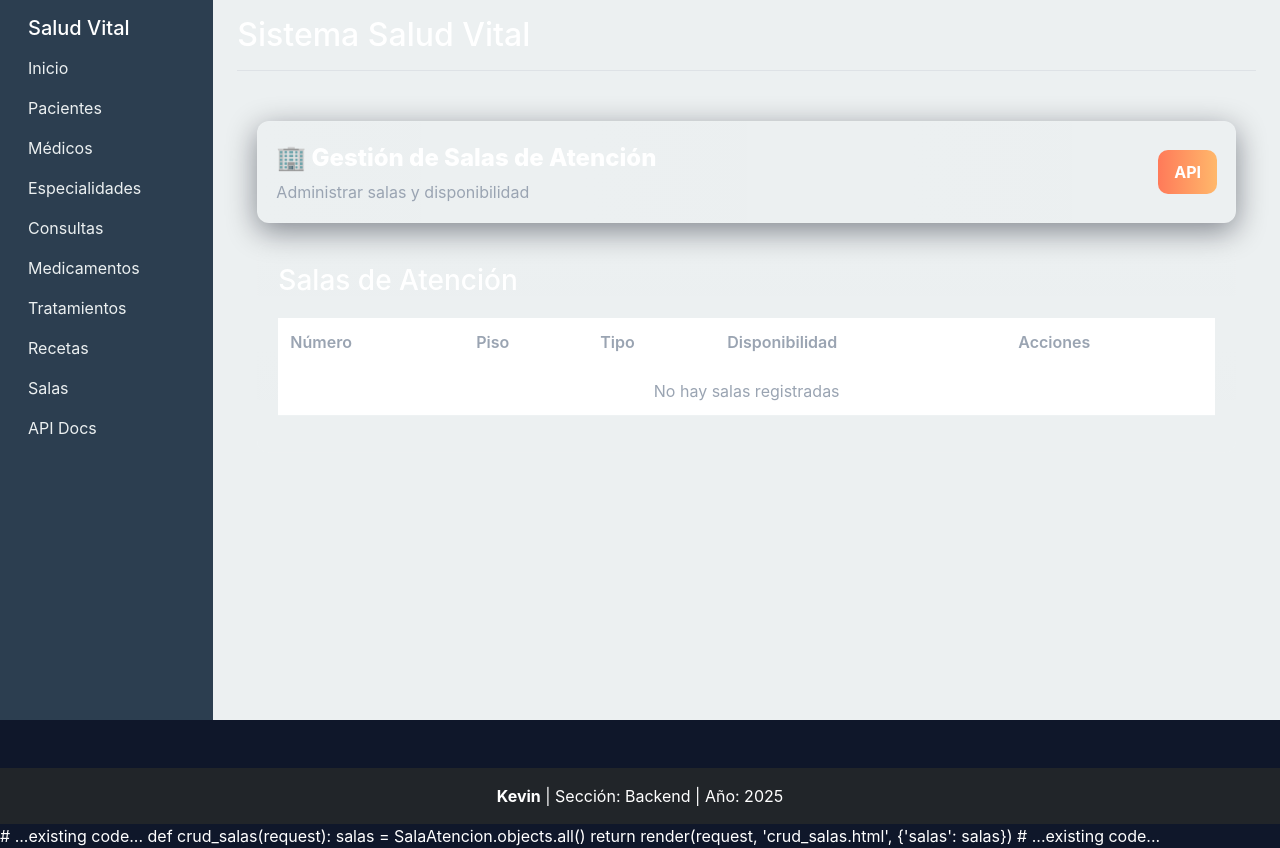
Repository: KeviNozh/eva2_clinica
Page: templates/crud_salas.html
The author's editor kept a copy of each file at every save. The page is drawn from the files as they stood at one save, then again after the next save.
The browser window is 1280 px wide. The pictures show the whole page.
The template is drawn by Django 5.2. The application's start-up code is not run. The template is opened directly, without the code that normally fills it, so the values that code supplies are empty.

Above is the page before, as saved 2025-10-14 14:56:56.

After the next save:
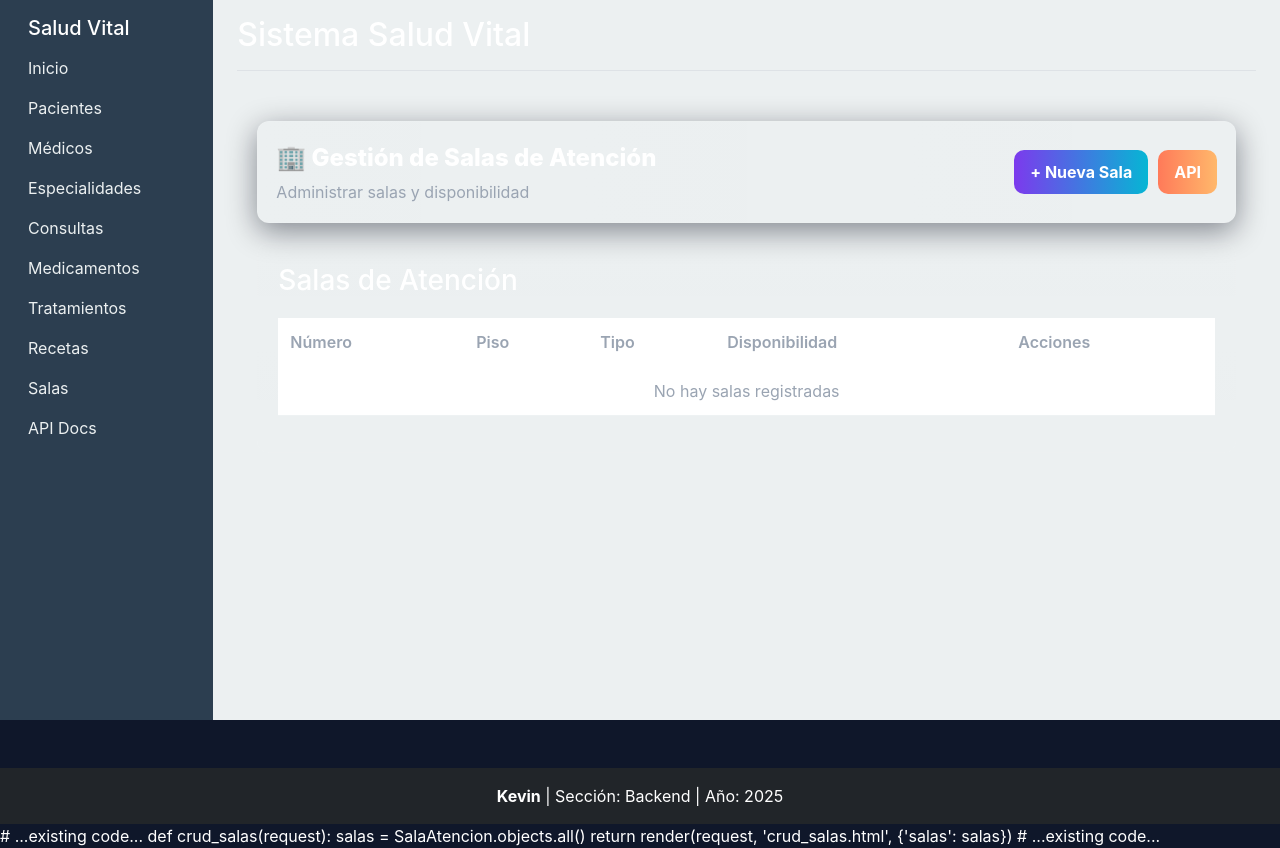
Saved 8 s later.
--- a/templates/crud_salas.html
+++ b/templates/crud_salas.html
@@ -7,6 +7,7 @@
     <div class="crud-subtitle">Administrar salas y disponibilidad</div>
   </div>
   <div class="crud-actions">
+    <a href="{% url 'crud:crear_sala' %}" class="btn btn-primary">+ Nueva Sala</a>
     <a href="/api/salas/" class="btn btn-secondary" target="_blank">API</a>
   </div>
 </header>
@@ -37,7 +38,9 @@
           {% endif %}
         </td>
         <td class="action-buttons">
-          <a href="#" class="btn btn-edit btn-small">Editar</a>
+          <!-- Botón Editar -->
+          <a href="{% url 'crud:editar_sala' sala.id %}" class="btn btn-edit btn-small">Editar</a>
+          <!-- Botón Eliminar -->
           <form method="POST" action="{% url 'crud:eliminar_sala' sala.id %}" style="display: inline;">
             {% csrf_token %}
             <button type="submit" class="btn btn-delete btn-small" onclick="return confirm('¿Eliminar sala?')">Eliminar</button>
